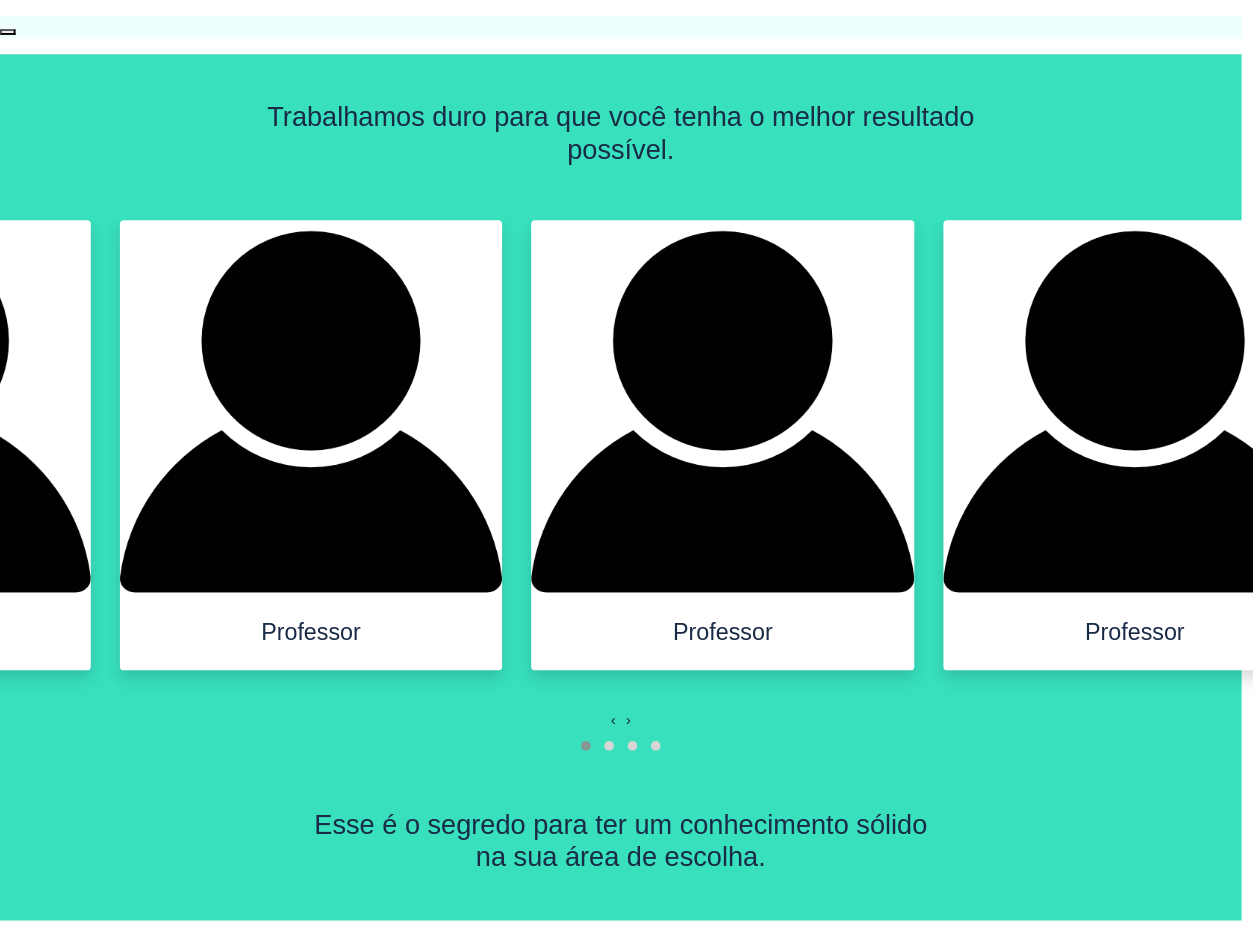
Repository: MarTech-Coders-Planejamento/site-oficial
Page: home.html
These files come from the project's save history. The page is drawn as it stood at one moment and after the next save; the edit follows.
The browser window is 1280 px wide. The page is 1292 px wide, so the pictures cover 1292 px, including what lies to the right of the window. The pictures show the whole page, at 97% of full size.
Some web fonts or font styles are not loaded; a fallback is used.

Above is the page before, as saved 2021-10-23 00:58:04.

### home.html
<!DOCTYPE html>
<html lang="pt-BR">
  <head>
    <meta charset="UTF-8" />
    <meta http-equiv="X-UA-Compatible" content="IE=edge" />
    <meta name="viewport" content="width=device-width, initial-scale=1.0" />
    <!--Fonts Google-->
    <link
      href="https://fonts.googleapis.com/css2?family=Tomorrow:wght@300;400;700&display=swap"
      rel="stylesheet"
    />

    <!-- Bootstrap CSS -->
    <link
      href="https://cdn.jsdelivr.net/npm/bootstrap@5.1.2/dist/css/bootstrap.min.css"
      rel="stylesheet"
      integrity="sha384-uWxY/CJNBR+1zjPWmfnSnVxwRheevXITnMqoEIeG1LJrdI0GlVs/9cVSyPYXdcSF"
      crossorigin="anonymous"
    />

    <!-- Styles -->
    <link rel="stylesheet" href="./css/home.css" />
    <link
      rel="stylesheet"
      href="https://cdnjs.cloudflare.com/ajax/libs/OwlCarousel2/2.3.4/assets/owl.carousel.min.css"
      integrity="sha512-tS3S5qG0BlhnQROyJXvNjeEM4UpMXHrQfTGmbQ1gKmelCxlSEBUaxhRBj/EFTzpbP4RVSrpEikbmdJobCvhE3g=="
      crossorigin="anonymous"
    />
    <link
      rel="stylesheet"
      href="https://cdnjs.cloudflare.com/ajax/libs/OwlCarousel2/2.3.4/assets/owl.theme.default.min.css"
      integrity="sha512-sMXtMNL1zRzolHYKEujM2AqCLUR9F2C4/05cdbxjjLSRvMQIciEPCQZo++nk7go3BtSuK9kfa/s+a4f4i5pLkw=="
      crossorigin="anonymous"
    />

    <title>Home</title>
  </head>
  <body>
    <div class="container-fluid">
      <!--cabeçalho fluido-->
      <header>
        <nav></nav>
      </header>
      <main>
        <section class="bg-one">
          <!--dobra1-->
          <article>
            <header></header>
            <h1></h1>
            <p></p>
            <figure></figure>
            <button></button>
          </article>
        </section>
        <section class="bg-two">
          <!--dobra2-->
          <article>
            <h2></h2>
            <p></p>
            <figure></figure>
          </article>
        </section>
        <section class="bg-one">
          <!--dobra3-->
          <article>
            <header></header>
            <p></p>
            <figure></figure>
          </article>
        </section>
        <section class="bg-two">
          <!--dobra4-->
          <p class='h3 p-5 text-center'>
            Trabalhamos duro para que você tenha o melhor resultado <br> possível.
          </p>
          <div class="row justify-content-center">
            <div id='slider-container' class="col">
              <div class="owl-carousel owl-theme">
                <div class="item mb-4">
                  <div class="card border-0 shadow">
                    <img src="/image/person.png" alt="" class="card-img-top img-fluid" />
                    <div class="card-body">
                      <div class="card-title text-center">
                        <h4>Professor</h4>
                      </div>
                    </div>
                  </div>
                </div>

                <div class="item">
                  <div class="card border-0 shadow">
                    <img src="/image/person.png" alt="" class="card-img-top img-fluid" />
                    <div class="card-body">
                      <div class="card-title text-center">
                        <h4>Professor</h4>
                      </div>
                    </div>
                  </div>
                </div>
                <div class="item">
                  <div class="card border-0 shadow">
                    <img src="/image/person.png" alt="" class="card-img-top img-fluid" />
                    <div class="card-body">
                      <div class="card-title text-center">
                        <h4>Professor</h4>
                      </div>
                    </div>
                  </div>
                </div>
                <div class="item">
                  <div class="card border-0 shadow">
                    <img src="/image/person.png" alt="" class="card-img-top img-fluid" />
                    <div class="card-body">
                      <div class="card-title text-center">
                        <h4>Professor</h4>
                      </div>
                    </div>
                  </div>
                </div>
                <div class="item">
                  <div class="card border-0 shadow">
                    <img src="/image/person.png" alt="" class="card-img-top img-fluid" />
                    <div class="card-body">
                      <div class="card-title text-center">
                        <h4>Professor</h4>
                      </div>
                    </div>
                  </div>
                </div>
                <div class="item">
                  <div class="card border-0 shadow">
                    <img src="/image/person.png" alt="" class="card-img-top img-fluid" />
                    <div class="card-body">
                      <div class="card-title text-center">
                        <h4>Professor</h4>
                      </div>
                    </div>
                  </div>
                </div>
                <div class="item">
                  <div class="card border-0 shadow">
                    <img src="/image/person.png" alt="" class="card-img-top img-fluid" />
                    <div class="card-body">
                      <div class="card-title text-center">
                        <h4>Professor</h4>
                      </div>
                    </div>
                  </div>
                </div>
                <div class="item">
                  <div class="card border-0 shadow">
                    <img src="/image/person.png" alt="" class="card-img-top img-fluid" />
                    <div class="card-body">
                      <div class="card-title text-center">
                        <h4>Professor</h4>
                      </div>
                    </div>
                  </div>
                </div>
                <div class="item">
                  <div class="card border-0 shadow">
                    <img src="/image/person.png" alt="" class="card-img-top img-fluid" />
                    <div class="card-body">
                      <div class="card-title text-center">
                        <h4>Professor</h4>
                      </div>
                    </div>
                  </div>
                </div>
                <div class="item">
                  <div class="card border-0 shadow">
                    <img src="/image/person.png" alt="" class="card-img-top img-fluid" />
                    <div class="card-body">
                      <div class="card-title text-center">
                        <h4>Professor</h4>
                      </div>
                    </div>
                  </div>
                </div>
                <div class="item">
                  <div class="card border-0 shadow">
                    <img src="/image/person.png" alt="" class="card-img-top img-fluid" />
                    <div class="card-body">
                      <div class="card-title text-center">
                        <h4>Professor</h4>
                      </div>
                    </div>
                  </div>
                </div>
                <div class="item">
                  <div class="card border-0 shadow">
                    <img src="/image/person.png" alt="" class="card-img-top img-fluid" />
                    <div class="card-body">
                      <div class="card-title text-center">
                        <h4>Professor</h4>
                      </div>
                    </div>
                  </div>
                </div>
              </div>
            </div>
          </div>
          <p class='h3 p-5 text-center'>
            Esse é o segredo para ter um conhecimento sólido <br> na sua área de
            escolha.
          </p>
        </section>
      </main>

      <footer class="bg-one">
        <!--footer-->
        <article></article>
        <p></p>
      </footer>
    </div>

    <!-- Owl Carousel -->

    <script src="https://cdnjs.cloudflare.com/ajax/libs/jquery/3.6.0/jquery.min.js"></script>

    <!-- Bootstrap Bundle javascript -->
    <script
      src="https://cdn.jsdelivr.net/npm/bootstrap@5.1.2/dist/js/bootstrap.bundle.min.js"
      integrity="sha384-kQtW33rZJAHjgefvhyyzcGF3C5TFyBQBA13V1RKPf4uH+bwyzQxZ6CmMZHmNBEfJ"
      crossorigin="anonymous"
    ></script>

    <!-- Owl Carousel -->

    <script
      src="https://cdnjs.cloudflare.com/ajax/libs/OwlCarousel2/2.3.4/owl.carousel.min.js"
      integrity="sha512-bPs7Ae6pVvhOSiIcyUClR7/q2OAsRiovw4vAkX+zJbw3ShAeeqezq50RIIcIURq7Oa20rW2n2q+fyXBNcU9lrw=="
      crossorigin="anonymous"
    ></script>

    <!-- Slider -->

    <script>
      $(".owl-carousel").owlCarousel({
        loop: true,
        autoplay: true,
        margin: 30,
        stagePadding: 30,
        animateOut: "fadeOut",
        animateIn: "fadeIn",
        nav: true,
        autoplayHoverPause: true,
        responsive: {
          0: {
            items: 1,
            nav:false
          },
          600: {
            items: 2,
            nav:false,
          },
          1000: {
            items: 3,
            nav: true,
            loop: false
          },
        },
      });
    </script>
  </body>
</html>

### css/home.css
:root {
  --bg: #effffe;
  --bg2: #38e0be;
  --texto: #1a2b46;
}
* {
  font-family: "Tomorrow", sans-serif;
}

.container-fluid {
  padding-right: 0;
  padding-left: 0;
  margin-right: auto;
  margin-left: auto;
}

.bg-one {
  background-color: var(--bg);
  color: var(--texto);
}
.bg-two {
  background-color: var(--bg2);
  color: var(--texto);
}

/* Slider Container*/

#slider-container{
 padding: 0;
}

.card-img-top img{
  width: 300px;
}

.owl-stage{
  padding: 0 !important;
}

After the next save:
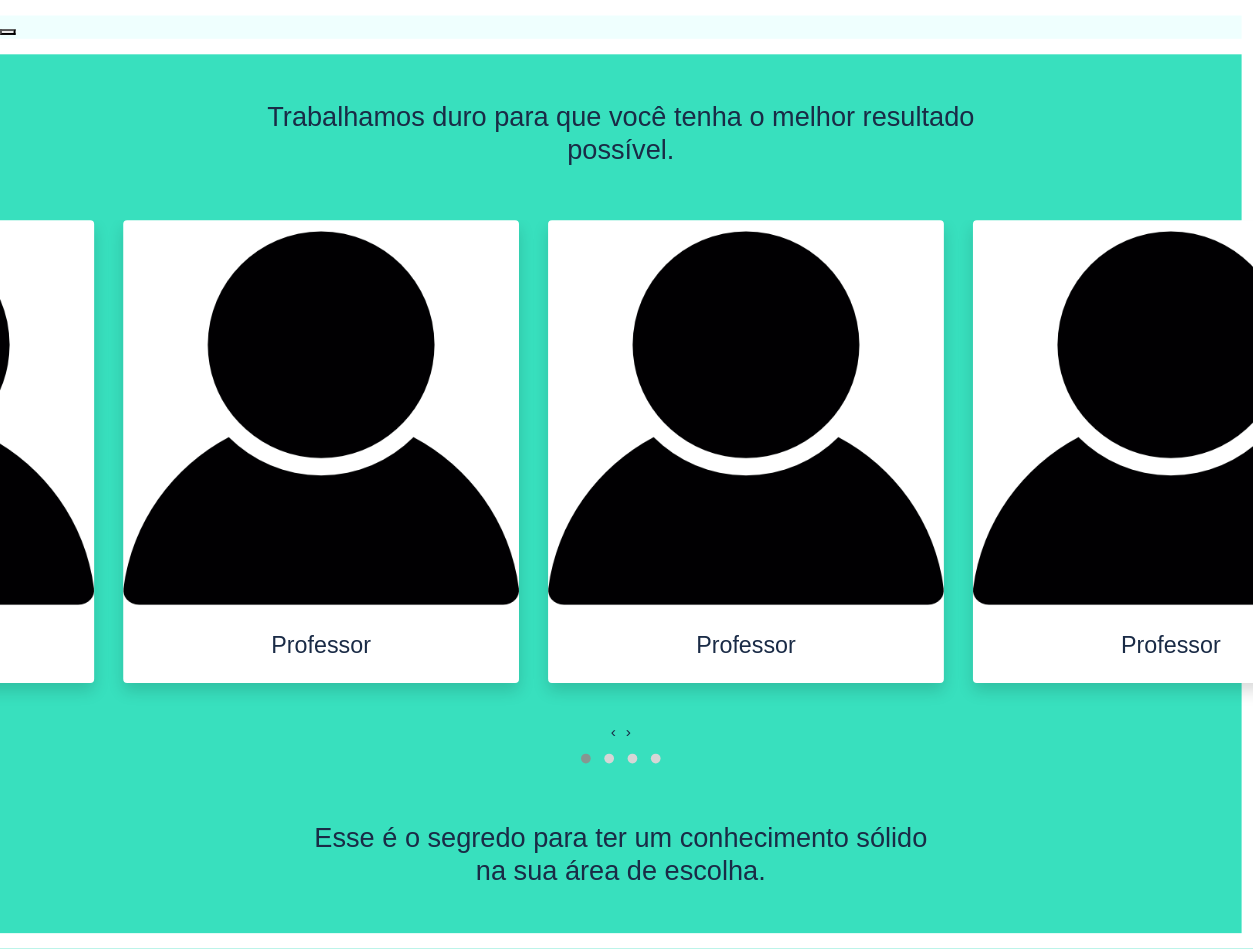
Saved 19 s later.
--- a/home.html
+++ b/home.html
@@ -240,7 +240,7 @@
         loop: true,
         autoplay: true,
         margin: 30,
-        stagePadding: 30,
+        stagePadding: 10,
         animateOut: "fadeOut",
         animateIn: "fadeIn",
         nav: true,
